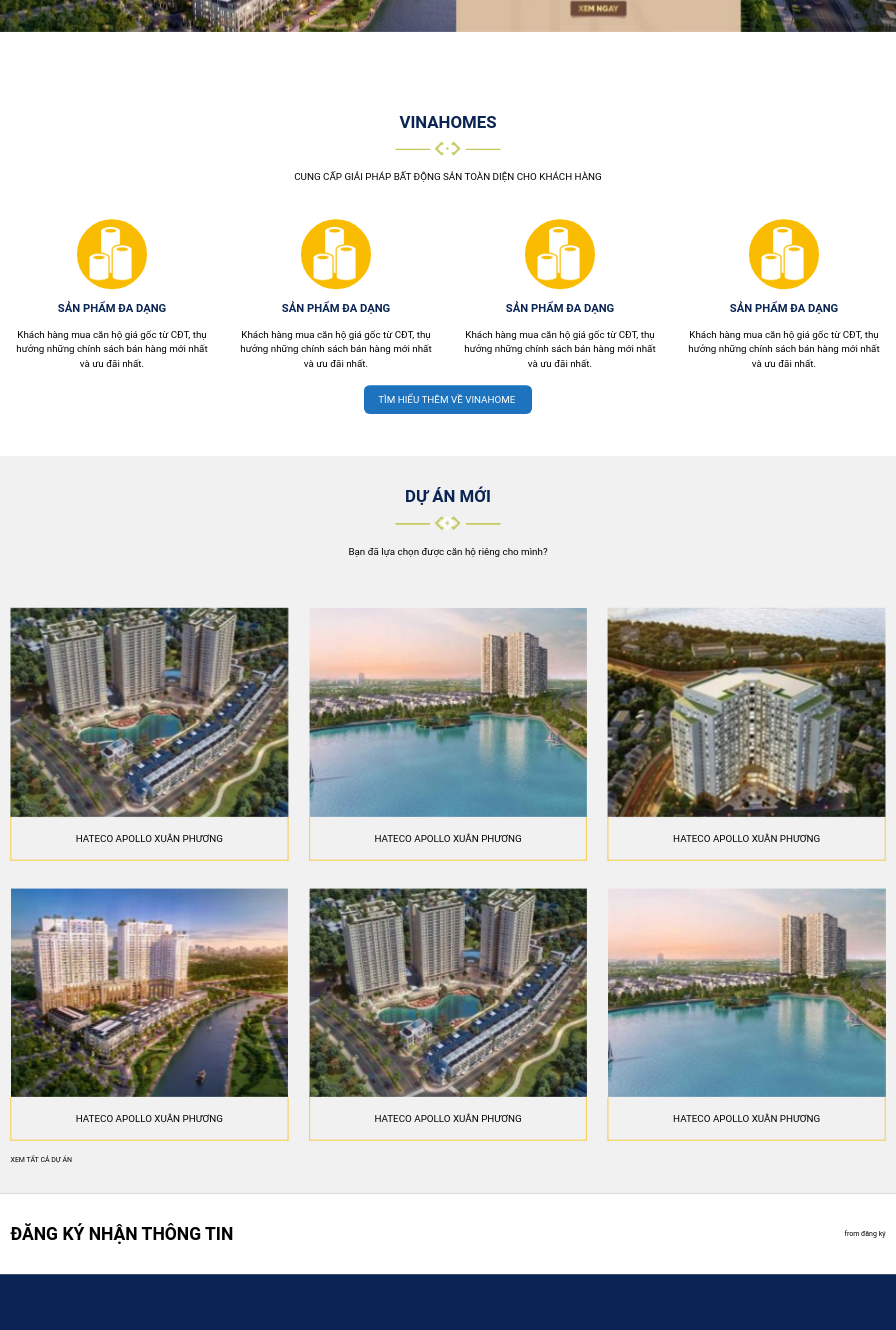
Repository: phamphuc2/fontend-bds
Page: index.html
The author's editor kept a copy of each file at every save. The page is drawn from the files as they stood at one save, then again after the next save.
The browser window is 1280 px wide. The pictures show the part of the page from y = 516 to 2416 px (the page is 2879 px tall before and 2884 px after), at 70% of full size.
Some icons come from a web library that is not loaded, so they are not drawn. A picture or video elsewhere on the page could not be fetched, so the positions and the page height are approximate. Some web libraries are served in a nearby version.

Above is the page before, as saved 2022-06-08 15:59:33.

### index.html
<!DOCTYPE html>
<html lang="en">

<head>
    <meta charset="UTF-8">
    <meta http-equiv="X-UA-Compatible" content="IE=edge">
    <meta name="viewport" content="width=device-width, initial-scale=1.0">
    <title>BDS</title>
    <!-- linl css -->
    <link rel="stylesheet" href="libs/slick/slick.css">
    <link rel="stylesheet" href="libs/slick/slick-theme.css">
    <link rel="stylesheet" href="./assets/css/bootstrap.css">
    <link rel="stylesheet" href="./assets/css/theme.css">
    <link rel="stylesheet " href="./style.css ">
    <!-- link thư viện -->
    <link rel="stylesheet " href="https://cdnjs.cloudflare.com/ajax/libs/font-awesome/6.1.1/css/all.min.css ">
    <!-- link font -->
    <link rel="preconnect" href="https://fonts.googleapis.com">
    <link rel="preconnect" href="https://fonts.gstatic.com" crossorigin>
    <link href="https://fonts.googleapis.com/css2?family=Roboto+Flex:opsz,wght@8..144,200;8..144,300;8..144,400;8..144,500;8..144,600;8..144,700;8..144,800;8..144,900&display=swap" rel="stylesheet">
</head>

<body>
    <!-- Header -->
    <header class="header">
        <div class="header-top">
            <div class="container">
                <div class="inner">
                    <div class="box-left">
                        <div class="map">
                            <i class="fa-solid fa-location-dot"></i>
                            <span>Phước sơn, Quảng Nam</span>
                        </div>
                        <div class="phone">
                            <i class="fa-solid fa-phone"></i>
                            <span>0397111570</span>
                        </div>
                    </div>
                    <div class="box-right">
                        <ul class="list-info">
                            <li class="item">
                                <a href="">
                                    <i class="fa-brands fa-facebook-f"></i>
                                </a>
                            </li>
                            <li class="item">
                                <a href="">
                                    <i class="fa-brands fa-instagram"></i>
                                </a>
                            </li>
                            <li class="item">
                                <a href="">
                                    <i class="fa-brands fa-twitter"></i>
                                </a>
                            </li>
                        </ul>
                    </div>
                </div>
            </div>
        </div>

        <div class="header-bottom">
            <div class="container">
                <div class="inner">
                    <div class="header-bottom-left">
                        <a href="">
                            <div class="logo">
                                <img src="./assets/images/logo.png" alt="">
                            </div>
                        </a>
                    </div>
                    <div class="header-bottom-right">
                        <ul class="menu">
                            <li>
                                <a href="./index.html">Trang chủ</a>
                            </li>
                            <li>
                                <a href="./about.html">Giới Thiệu</a>
                            </li>
                            <li>
                                <a href="./taxonomy.html">Dự Án</a>
                            </li>
                            <li>
                                <a href="./taxonomy.html">Tin Tức</a>
                            </li>
                            <li>
                                <a href="./blogs.html">Tuyển Dụng</a>
                            </li>
                            <li>
                                <a href="./contact.html">Liên hệ</a>
                            </li>
                        </ul>
                        <div class="btn-project">
                            <a href="">ĐĂNG KÝ DỰ ÁN</a>
                        </div>
                    </div>

                </div>
            </div>
        </div>
    </header>
    <!-- End header -->

    <!-- slide-home -->
    <section class="slide-home">
        <div class="box-slide">
            <div class="box-item">
                <div class="img-wrap">
                    <img src="/assets/images/slide-bg-1.jpg" alt="">
                </div>
                <div class="img-wrap">
                    <img src="./assets/images/slide-bg-2.jpg" alt="">
                </div>
                <div class="img-wrap">
                    <img src="./assets/images/slide-bg-3.jpg" alt="">
                </div>

            </div>
        </div>
        <div class="arrow">
            <a class="arrow-left">
                <i class="fa-solid fa-chevron-left icon-arrow-left"></i>
            </a>
            <a class="arrow-right">
                <i class="fa-solid fa-chevron-right icon-arrow-right"></i>
            </a>
        </div>
    </section>
    <!-- end slide-home -->

    <!-- section vinahome -->
    <section class="vinahome">
        <div class="container">
            <div class="row">
               <div class="col-12">
                    <div class="inner-top">
                        <h2 class="title">VINAHOMES</h2>
                        <div class="is-drive"></div>
                        <p class="desc">CUNG CẤP GIẢI PHÁP BẤT ĐỘNG SẢN TOÀN DIỆN CHO KHÁCH HÀNG</p>
                    </div>
               </div>
               <div class="col-lg-3">
                  <div class="item">
                        <div class="icon">
                            <img src="./assets/images/icon1.png" alt="">
                        </div>
                        <div class="content">
                            <h2 class="title">SẢN PHẨM ĐA DẠNG</h2>
                        <p class="desc">Khách hàng mua căn hộ giá gốc từ CĐT, thụ hưởng những chính sách bán hàng mới nhất và ưu đãi nhất.</p>
                        </div>
                  </div>
               </div>
               <div class="col-lg-3">
                <div class="item">
                      <div class="icon">
                          <img src="./assets/images/icon1.png" alt="">
                      </div>
                      <div class="content">
                          <h2 class="title">SẢN PHẨM ĐA DẠNG</h2>
                      <p class="desc">Khách hàng mua căn hộ giá gốc từ CĐT, thụ hưởng những chính sách bán hàng mới nhất và ưu đãi nhất.</p>
                      </div>
                </div>
             </div>
             <div class="col-lg-3">
                <div class="item">
                      <div class="icon">
                          <img src="./assets/images/icon1.png" alt="">
                      </div>
                      <div class="content">
                          <h2 class="title">SẢN PHẨM ĐA DẠNG</h2>
                      <p class="desc">Khách hàng mua căn hộ giá gốc từ CĐT, thụ hưởng những chính sách bán hàng mới nhất và ưu đãi nhất.</p>
                      </div>
                </div>
             </div>
             <div class="col-lg-3">
                <div class="item">
                      <div class="icon">
                          <img src="./assets/images/icon1.png" alt="">
                      </div>
                      <div class="content">
                          <h2 class="title">SẢN PHẨM ĐA DẠNG</h2>
                      <p class="desc">Khách hàng mua căn hộ giá gốc từ CĐT, thụ hưởng những chính sách bán hàng mới nhất và ưu đãi nhất.</p>
                      </div>
                </div>
             </div>
            <div class="col-12">
                <div class="btn-learn-about">
                    <a href="">
                        TÌM HIỂU THÊM VỀ VINAHOME
                        <svg width="30" height="8" viewBox="0 0 30 8" fill="none" xmlns="http://www.w3.org/2000/svg">
                            <path d="M29.3536 4.35355C29.5488 4.15829 29.5488 3.84171 29.3536 3.64645L26.1716 0.464466C25.9763 0.269204 25.6597 0.269204 25.4645 0.464466C25.2692 0.659728 25.2692 0.976311 25.4645 1.17157L28.2929 4L25.4645 6.82843C25.2692 7.02369 25.2692 7.34027 25.4645 7.53553C25.6597 7.7308 25.9763 7.7308 26.1716 7.53553L29.3536 4.35355ZM0 4.5H29V3.5H0V4.5Z" fill="#fff"></path>
                        </svg>
                    </a>

                </div>
            </div>
            </div>
        </div>
    </section>
    <!-- end section vinahome -->

    <!-- section project -->
        <section class="project">
            <div class="container">
                <div class="row">
                    <div class="col-12">
                        <div class="inner-top">
                            <h2 class="title">DỰ ÁN MỚI</h2>
                            <div class="is-drive"></div>
                            <p class="desc">Bạn đã lựa chọn được căn hộ riêng cho mình?</p>
                        </div>
                   </div>
                   <div class="col-lg-4 mg">
                       <a href="" class="item">
                           <div class="img-wrap">
                               <img src="./assets/images/project1.jpg" alt="">
                           </div>
                           <div class="item-content">
                               <p class="title">HATECO APOLLO XUÂN PHƯƠNG</p>
                           </div>
                       </a>
                   </div>
                   <div class="col-lg-4 mg">
                    <a href="" class="item">
                        <div class="img-wrap">
                            <img src="./assets/images/project2.jpg" alt="">
                        </div>
                        <div class="item-content">
                            <p class="title">HATECO APOLLO XUÂN PHƯƠNG</p>
                        </div>
                    </a>
                </div>
                <div class="col-lg-4 mg">
                    <a href="" class="item">
                        <div class="img-wrap">
                            <img src="./assets/images/project3.jpg" alt="">
                        </div>
                        <div class="item-content">
                            <p class="title">HATECO APOLLO XUÂN PHƯƠNG</p>
                        </div>
                    </a>
                </div>
                <div class="col-lg-4 mg">
                    <a href="" class="item">
                        <div class="img-wrap">
                            <img src="./assets/images/project4.jpg" alt="">
                        </div>
                        <div class="item-content">
                            <p class="title">HATECO APOLLO XUÂN PHƯƠNG</p>
                        </div>
                    </a>
                </div>
                <div class="col-lg-4 mg">
                    <a href="" class="item">
                        <div class="img-wrap">
                            <img src="./assets/images/project1.jpg" alt="">
                        </div>
                        <div class="item-content">
                            <p class="title">HATECO APOLLO XUÂN PHƯƠNG</p>
                        </div>
                    </a>
                </div>
                <div class="col-lg-4 mg">
                    <a href="" class="item">
                        <div class="img-wrap">
                            <img src="./assets/images/project2.jpg" alt="">
                        </div>
                        <div class="item-content">
                            <p class="title">HATECO APOLLO XUÂN PHƯƠNG</p>
                        </div>
                    </a>
                </div>
                <div class="col-12">
                    <div class="btn-project">
                        <a href="">
                            XEM TẤT CẢ DỰ ÁN
                            <i class="bi bi-plus-lg"></i>
                        </a>

                    </div>
                </div>
                </div>
            </div>
        </section>
    <!-- end section project -->
    <!-- footer -->
    <footer class="footer">
        <div class="footer-top">
            <div class="container">
                <div class="item">
                    <div class="title">ĐĂNG KÝ NHẬN THÔNG TIN</div>
                    <div class="from">
                        from đăng ký
                    </div>
                </div>
            </div>
        </div>
        <div class="footer-main">
            <div class="container">
                <div class="row">
                    <div class="col-md-6 col-lg-3">
                        <div class="footer-info">
                            <span class="title">THÔNG TIN LIÊN HỆ</span>
                            <ul class="box-info">
                                <li class="item">
                                    <i class="fa-solid fa-location-dot icon-footer"></i>
                                    <a href="" class="text">Phước Sơn, Quảng Nam</a>
                                </li>
                                <li class="item">
                                    <i class="fa-solid fa-phone icon-footer"></i>
                                    <a href="" class="text">0397111570</a>
                                </li>
                                <li class="item">
                                    <i class="fa-solid fa-envelope-open-text icon-footer"></i>
                                    <a href="" class="text">mac.convstar@gmail.com</a>
                                </li>
                                <li class="item">
                                    <i class="fa-brands fa-skype icon-footer"></i>
                                    <a href="" class="text">phamphuc</a>
                                </li>
                            </ul>
                        </div>
                    </div>
                    <div class="col-md-6 col-lg-3">
                        <div class="box-link">
                            <span class="title">LIÊN KẾT</span>
                            <ul class="item-link">
                                <li class="item">
                                    <a href="">Giới thiệu</a>
                                </li>
                                <li class="item">
                                    <a href="">Đồng hồ nam</a>
                                </li>
                                <li class="item">
                                    <a href="">Đồng hồ nữ</a>
                                </li>
                                <li class="item">
                                    <a href="">Blogs</a>
                                </li>
                                <li class="item">
                                    <a href="">Liên hệ</a>
                                </li>
                            </ul>
                        </div>
                    </div>
                    <div class="col-md-6 col-lg-3">
                        <div class="box-link">
                            <span class="title">HỖ TRỢ KHÁCH HÀNG</span>
                            <ul class="item-link">
                                <li class="item">
                                    <a href="">Hướng dẫn mua hàng</a>
                                </li>
                                <li class="item">
                                    <a href="">Hướng dẫn thanh toán</a>
                                </li>
                                <li class="item">
                                    <a href="">Chính sách bảo hành</a>
                                </li>
                                <li class="item">
                                    <a href="">Chính sách đổi trả</a>
                                </li>
                                <li class="item">
                                    <a href="">Tư vấn khách hàng</a>
                                </li>
                            </ul>
                        </div>
                    </div>
                    <div class="col-md-6 col-lg-3">
                        <div class="footer-social">
                            <span class="title">PP STORE ON SOCIAL</span>
                            <ul class="box-social">
                                <li class="item-social">
                                    <a href="">
                                        <i class="fa-brands fa-facebook-f icon-social"></i>
                                    </a>
                                </li>
                                <li class="item-social">
                                    <a href="">
                                        <i class="fa-brands fa-instagram icon-social"></i>
                                    </a>
                                </li>
                                <li class="item-social">
                                    <a href="">
                                        <i class="fa-brands fa-twitter icon-social"></i>
                                    </a>
                                </li>
                                <li class="item-social">
                                    <a href="">
                                        <i class="fa-solid fa-rss icon-social"></i>
                                    </a>
                                </li>
                                <li class="item-social">
                                    <a href="">
                                        <i class="fa-brands fa-linkedin-in icon-social"></i>
                                    </a>
                                </li>
                            </ul>
                            <span class="title">CHỨNG NHẬN PP STORE</span>
                            <div class="footer-vn_registered">
                                <img src="./assets/images/chungnhan.png" alt="">
                            </div>
                        </div>
                    </div>
                </div>
            </div>
        </div>
        <div class="footer-bottom">
            <div class="container">
                <div class="copy-right">© Bản quyền thuộc về . Thiết kế website PP Store </div>
            </div>
        </div>
    </footer>
    <!-- footer -->








    <script src="./assets/js/jquery.min.js"></script>
    <script src="libs/slick/slick.min.js"></script>
    <script src="./assets/js/theme.js"></script>
</body>

</html>

### style.css
/*!
    Theme Name: ppstore
    Theme URI: https://ppstore.vn
    Author: Sticky.vn
    Author URI: https://ppstore.vn
    Description: Website duoc thiet ke boi ppstore
    Version: 1.0.0
    License: GNU General Public License v2 or later
    License URI: LICENSE
    Text Domain: ppstore
*/


/*
|--------------------------------------------------------------------------
| Theme CSS
|--------------------------------------------------------------------------
|
| About author: https://ppstore.vn/
|
*/

:root {
    --primary-color: #EDD54B;
    --btn-color: #78944F;
    --background-main: #E5E5E5;
    --white-color: #ffffff;
    --dark-color: #373737;
    --gray-color: #D3D3D3;
    --gray-color-2: #F2F2F2;
    --text-color: #000;
    --border-color: #5A6B31;
    --font-family: 'Roboto', sans-serif;
    --border-radius: 8px;
}

.container {
    width: 1400px;
    max-width: 100%;
    margin: 0 auto;
    padding-left: 15px;
    padding-right: 15px;
}

html {
    font-family: var(--font-family);
    font-size: 62.5%;
    /*tương đương 10px*/
    line-height: 1.5;
    background-color: var(--white-color);
    overflow-x: hidden;
}

h1,
h2,
h3,
h4,
h5,
h6,
strong {
    font-family: var(--font-family), sans-serif;
    font-weight: bold;
}

ul,
ol {
    list-style: none;
}

a {
    color: var(--text-color);
    text-decoration: none;
    transition: all .3s ease-in-out;
    -webkit-transition: all .3s ease-in-out;
}

img {
    width: 100%;
    height: auto;
    object-fit: cover;
    transition: all .3s ease-in-out;
    -webkit-transition: all .3s ease-in-out;
}

.img-wrap {
    position: relative;
    height: auto;
    overflow: hidden;
    background-position: 50% 50%;
    background-size: cover;
    padding-top: 56.25%;
}

.img-wrap img {
    display: inline-block;
    vertical-align: middle;
    max-width: 100%;
    transform: translateZ(0);
    margin: 0 auto;
    right: 0;
    width: 100%;
    height: 100%;
    bottom: 0;
    left: 0;
    top: 0;
    position: absolute;
    object-position: 50% 50%;
    object-fit: cover;
}

.block-title {
    width: 80%;
    margin: 0 auto;
    margin-bottom: 32px
}

.block-title .title {
    font-family: var(--font-family);
    font-weight: 400;
    font-size: 3.2rem;
    line-height: 31px;
    color: var(--text-color);
    text-transform: uppercase;
}

.text-center {
    text-align: center;
}

.bg-image {
    background-repeat: no-repeat;
    background-position: center;
    background-size: cover;
}

.d-flex_align-center {
    display: flex;
    align-items: center;
}

.grid {
    display: flex;
    flex-wrap: wrap;
    margin-left: -20px;
}

.grid-item {
    padding-left: -20px;
}

.btn,
button {
    background: transparent;
    border: none;
    font-size: 1.4rem;
    outline: none;
}

.btn-border {
    border: 1px solid var(--border-color);
    border-radius: 8px;
    color: var(--border-color);
    font-weight: 500;
}

.section {
    padding: 40px 0;
}


/* Responsive */

@media screen and (max-width: 991px) {}

@media screen and (max-width: 767px) {}


/* End Responsive */

Loaded but not shown: libs/slick/slick.css (common file); libs/slick/slick-theme.css (library); assets/css/bootstrap.css (library); assets/js/jquery.min.js (library); libs/slick/slick.min.js (library); assets/js/theme.js (88 lines, source omitted); assets/css/theme.css (432 lines, source omitted)

After the next save:
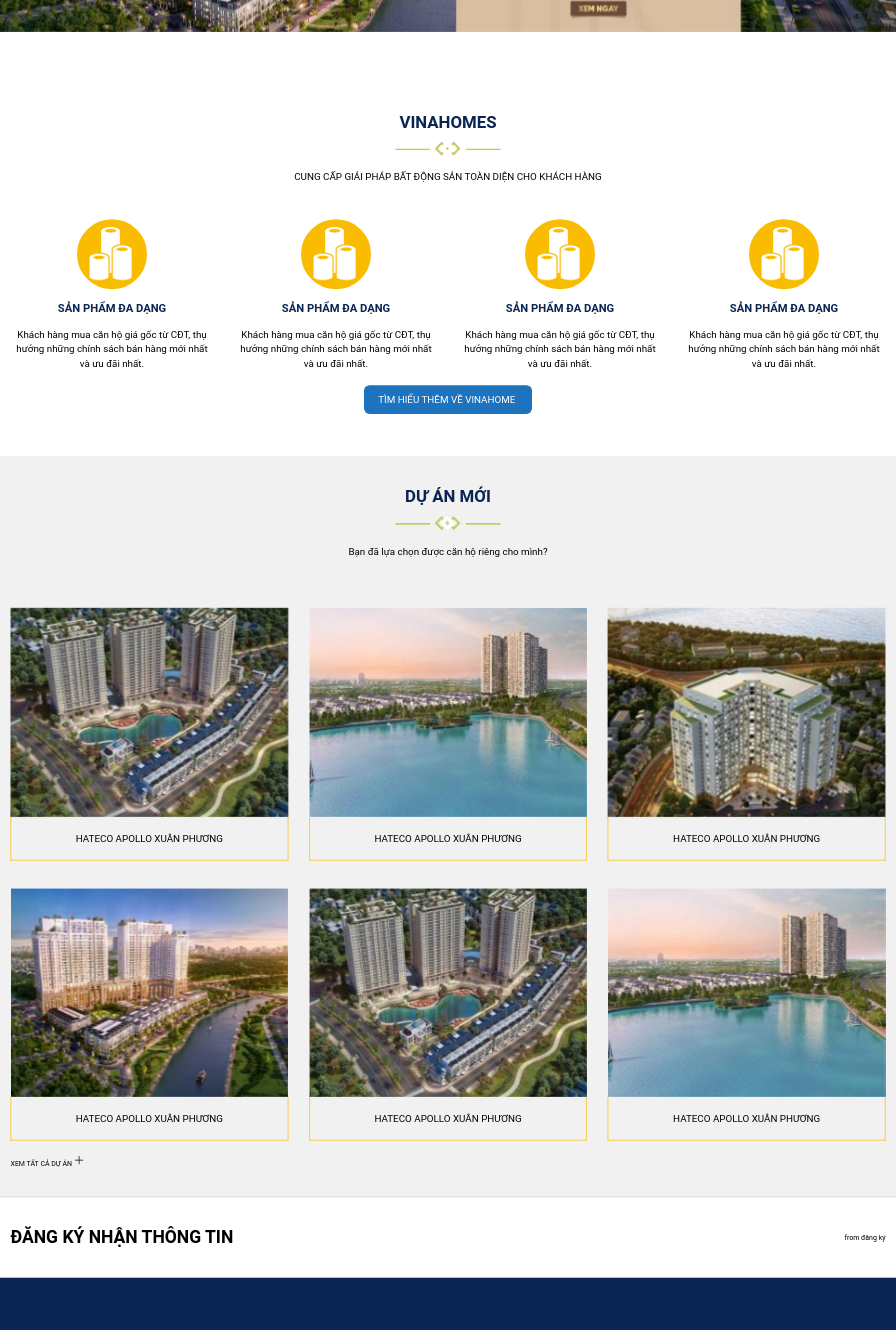
Saved 8 s later.
--- a/index.html
+++ b/index.html
@@ -274,7 +274,9 @@
                     <div class="btn-project">
                         <a href="">
                             XEM TẤT CẢ DỰ ÁN
-                            <i class="bi bi-plus-lg"></i>
+                            <svg xmlns="http://www.w3.org/2000/svg" width="16" height="16" fill="currentColor" class="bi bi-plus-lg" viewBox="0 0 16 16">
+                                <path fill-rule="evenodd" d="M8 2a.5.5 0 0 1 .5.5v5h5a.5.5 0 0 1 0 1h-5v5a.5.5 0 0 1-1 0v-5h-5a.5.5 0 0 1 0-1h5v-5A.5.5 0 0 1 8 2Z"/>
+                              </svg>
                         </a>
 
                     </div>
